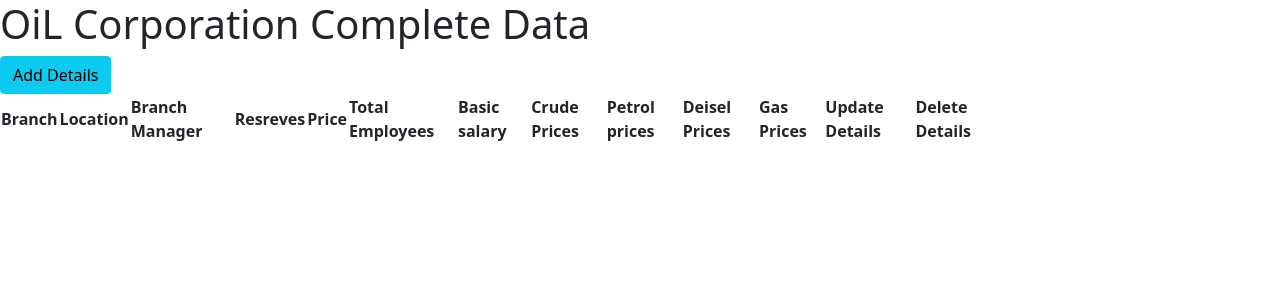
Repository: veerrajuMareddi/demo
Page: http://localhost/OilCorporation/views/result.jsp
These files come from the project's save history. The page is drawn as it stood at one moment and after the next save; the edit follows.
The browser window is 1280 px wide. The pictures show the whole page.
The page is served by Tomcat 9. Other server files are loaded and not shown. The template is opened directly, without the code that normally fills it, so the values that code supplies are empty.

Above is the page before, as saved 2022-04-29 05:06:32.

### OilCorporation/src/main/webapp/views/result.jsp

<%@ page language="java" contentType="text/html; charset=ISO-8859-1"
pageEncoding="ISO-8859-1"%>
<%@ taglib uri="http://www.springframework.org/tags/form" prefix="form"%>
<%@taglib prefix="c" uri="http://java.sun.com/jsp/jstl/core"%>
<!DOCTYPE html>
<html>
<head>
<link
	href="https://cdn.jsdelivr.net/npm/bootstrap@5.1.3/dist/css/bootstrap.min.css"
	rel="stylesheet"
	integrity="sha384-1BmE4kWBq78iYhFldvKuhfTAU6auU8tT94WrHftjDbrCEXSU1oBoqyl2QvZ6jIW3"
	crossorigin="anonymous">
	<script
	src="https://cdn.jsdelivr.net/npm/bootstrap@5.1.3/dist/js/bootstrap.bundle.min.js"
	integrity="sha384-ka7Sk0Gln4gmtz2MlQnikT1wXgYsOg+OMhuP+IlRH9sENBO0LRn5q+8nbTov4+1p"
	crossorigin="anonymous"></script>
<meta charset="ISO-8859-1">
<title>Insert title here</title>
</head>
<body>
<h1>OiL Corporation Complete Data</h1>
<a class="btn btn-info" href="/src/callsave">Add Details</a>

<br>
<table style="width:1000px" style="text-align:center">

<tr>
<th>Branch</th>
<th>Location</th>
<th>Branch Manager</th>
<th>Resreves</th>
<th>Price</th>
<th>Total Employees</th>
<th>Basic salary</th>
<th>Crude Prices</th>
<th>Petrol prices</th>
<th>Deisel Prices</th>

<th>Gas Prices</th>
<th>Update Details </th>
<th>Delete Details</th>
</tr>
<c:forEach var="emp" items="${oilCorp}" >
<tr>


<c:url var="deleteLink" value="/src/deleteById">
								<c:param name="Id" value="${emp.branch}" />
							</c:url>

<c:url var="updateLink" value="/src/update">
								<c:param name="Id" value="${emp.branch}" />
							</c:url>
<center>
<td>${emp.branch}</td>
<td>${emp.location}</td>
<td>${emp.branchManager}</td>
<td>${emp.oilReserves}</td>
<td>${emp.barrelPrice}</td>
<td>${emp.emp.toatalEmployees}</td>
<td>${emp.emp.salary}</td>
<td>${emp.prices.crudePrice}</td>
<td>${emp.prices.petrolPrice}</td>
<td>${emp.prices.dieselPrice}</td>
<td>${emp.prices.gasPrice}</td>
<td><a href="${updateLink}" class="btn btn-info">Update</a></td>
<td><a href="${deleteLink}" class="btn btn-danger">delete</a></td>
</center>
</tr>
</c:forEach>
</table>
</body>
</html>

After the next save:
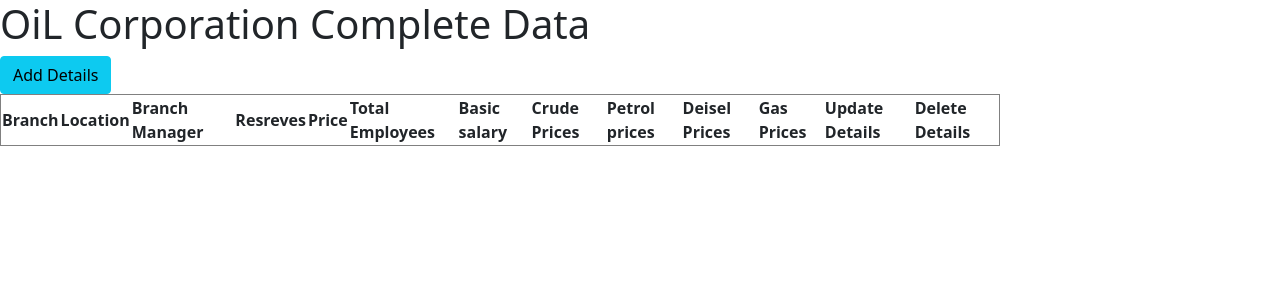
Saved 65 s later.
--- a/OilCorporation/src/main/webapp/views/result.jsp
+++ b/OilCorporation/src/main/webapp/views/result.jsp
@@ -23,7 +23,7 @@ pageEncoding="ISO-8859-1"%>
 <a class="btn btn-info" href="/src/callsave">Add Details</a>
 
 <br>
-<table style="width:1000px" style="text-align:center">
+<table border="1" style="width:1000px" style="text-align:center">
 
 <tr>
 <th>Branch</th>
